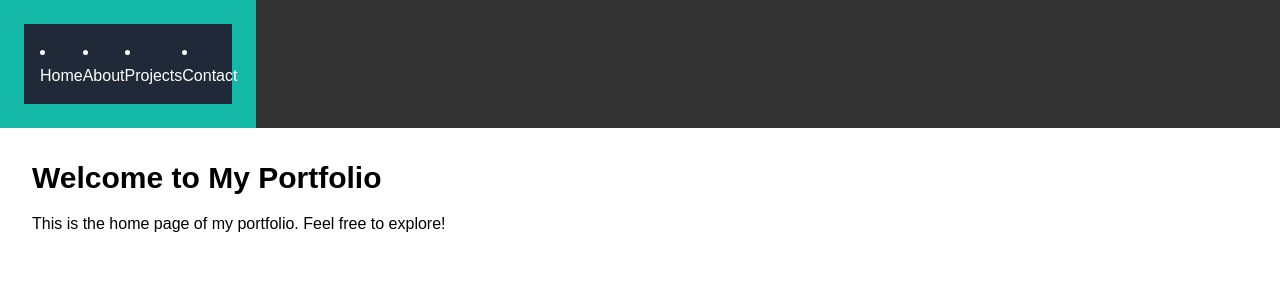
Repository: feyroozecode/feyroozecode.github.io
Page: index.html
The author's editor kept a copy of each file at every save. The page is drawn from the files as they stood at one save, then again after the next save.
The browser window is 1280 px wide. The pictures show the whole page.
Some web libraries are served in a nearby version.

Above is the page before, as saved 2023-11-30 21:31:38.

### index.html
<!DOCTYPE html>
<html lang="en">
<head>
  <meta charset="UTF-8">
  <meta name="viewport" content="width=device-width, initial-scale=1.0">
  <title>Portfolio SPA</title>
  <link rel="stylesheet" href="https://cdn.jsdelivr.net/npm/tailwindcss@2.2.19/dist/tailwind.min.css">
  <style>
    body {
      font-family: 'Arial', sans-serif;
      margin: 0;
      padding: 0;
    }

    header {
      background-color: #333;
    }

    nav {
      display: flex;
      justify-content: space-around;
      padding: 1rem;
    }

    nav a {
      color: white;
      text-decoration: none;
    }

    main {
      padding: 2rem;
    }
  </style>

  <script src="https://cdn.tailwindcss.com"></script>

</head>
</head>
<body>

    <!-- sidebar-->
<header class="text-white">
    <aside class="bg-teal-500 w-64 p-6">
    <nav class="bg-gray-800">
        <li>
            <a href="#" onclick="navigateTo('home')">Home</a>
        </li>
       <li>
         <a href="#" onclick="navigateTo('about')">About</a>
       </li>
       <li>
         <a href="#" onclick="navigateTo('projects')">Projects</a>
       </li>
        <li>
          <a href="#" onclick="navigateTo('contact')">Contact</a>
        </li>
    </nav>
    </aside>
</header>

<main id="app">

</main>

<script>
  function navigateTo(page) {
    switch (page) {
      case 'home':
        renderHome();
        break;
      case 'about':
        renderAbout();
        break;
      case 'projects':
        renderProjects();
        break;
      case 'contact':
        renderContact();
        break;
      default:
        renderHome();
    }
  }

  const home = ` <h2 class="text-3xl font-bold mb-4">Welcome to My Portfolio</h2>
      <p>This is the home page of my portfolio. Feel free to explore!</p>
    `
  const about = `
      <h2 class="text-3xl font-bold mb-4">About Me</h2>
      <p>This is the about me section of my portfolio. Learn more about who I am and my skills.</p>
    `
  const projects = `
      <h2 class="text-3xl font-bold mb-4">My Projects</h2>
      <p>Explore the projects I have worked on in this section.</p>
    `
  const contact =  `
      <h2 class="text-3xl font-bold mb-4">Contact Me</h2>
      <p>Feel free to contact me through the provided information.</p>
    `

  function renderHome() {
    document.getElementById('app').innerHTML = home ;
  }

  function renderAbout() {
    document.getElementById('app').innerHTML = about ;
  }

  function renderProjects() {
    document.getElementById('app').innerHTML = projects;
  }

  function renderContact() {
    document.getElementById('app').innerHTML = contact ;
  }

  // Initial load
  navigateTo('home');
</script>

</body>
</html>

After the next save:
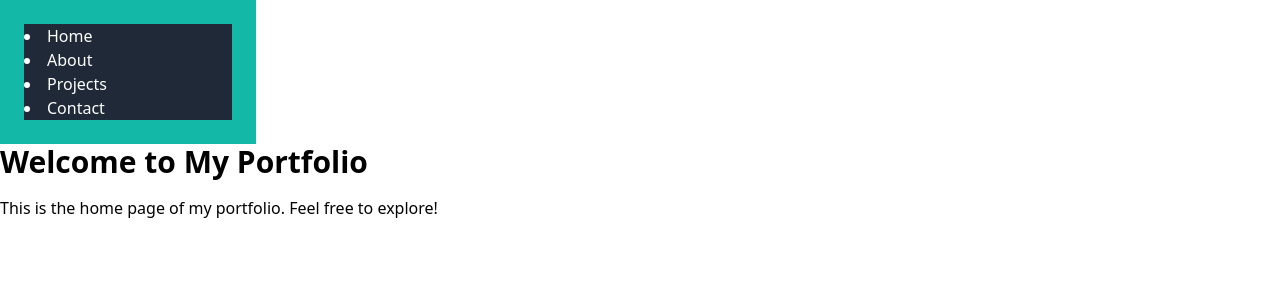
Saved 28 s later.
--- a/index.html
+++ b/index.html
@@ -7,29 +7,40 @@
   <link rel="stylesheet" href="https://cdn.jsdelivr.net/npm/tailwindcss@2.2.19/dist/tailwind.min.css">
   <style>
     body {
-      font-family: 'Arial', sans-serif;
-      margin: 0;
-      padding: 0;
-    }
+    body {
+                @apply font-sans bg-gray-100;
+            }
 
-    header {
-      background-color: #333;
-    }
+            #app {
+                @apply flex h-screen bg-gray-200;
+            }
 
-    nav {
-      display: flex;
-      justify-content: space-around;
-      padding: 1rem;
-    }
+            /* Sidebar Styles */
+            .sidebar {
+                @apply bg-indigo-700 text-white w-64 py-8 px-4;
+            }
 
-    nav a {
-      color: white;
-      text-decoration: none;
-    }
+            .sidebar h1 {
+                @apply text-xl font-semibold mb-4;
+            }
 
-    main {
-      padding: 2rem;
-    }
+            .sidebar nav ul li {
+                @apply mb-2 p-2 rounded cursor-pointer;
+            }
+
+            .sidebar nav ul li:hover,
+            .sidebar nav ul li:focus {
+                @apply bg-indigo-800;
+            }
+
+            /* Content Styles */
+            .content {
+                @apply flex-1 p-8;
+            }
+
+            .content h2 {
+                @apply text-3xl font-semibold mb-4;
+            }
   </style>
 
   <script src="https://cdn.tailwindcss.com"></script>
